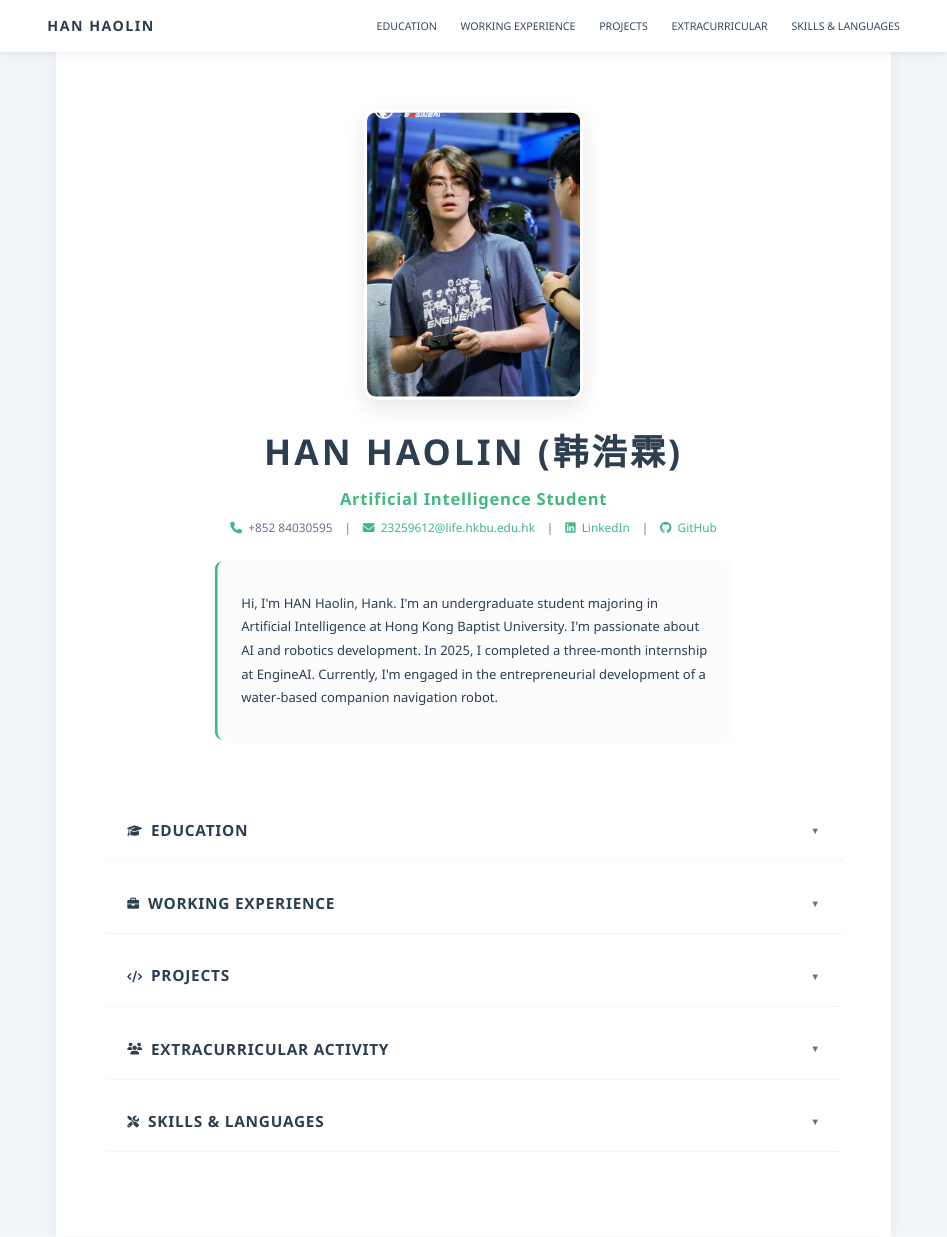
Repository: hhl2802149944-afk/hhl2802149944-afk.github.io
Page: /
An editor plug-in stored every save of this project. The page is shown before and after a run of saves, followed by the edit.
The browser window is 1280 px wide. The pictures show the whole page, at 74% of full size.
The project was rebuilt for these pictures with package versions that can differ from the ones it lists, and the page was loaded fresh each time. Also part of the build but not shown: vite.config.js, src/components/ProjectCard.vue.

Above is the page before, as saved 2026-01-19 15:50:30.

After the next 2 saves:
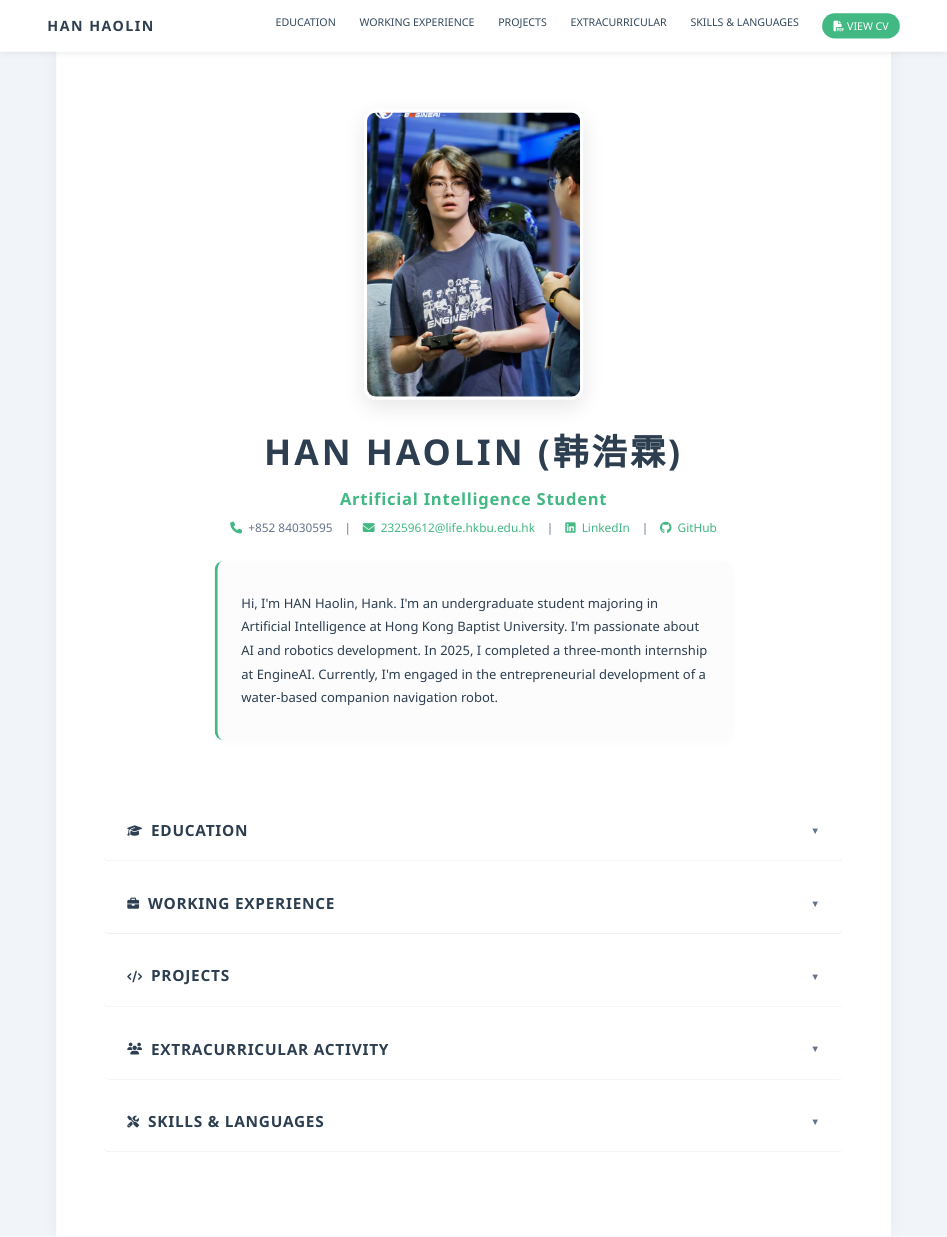
The 2 saves are shown as one change because they came seconds apart.
The last was saved 7 s later.
--- a/src/components/NavBar.vue
+++ b/src/components/NavBar.vue
@@ -32,6 +32,9 @@ const scrollToSection = (id) => {
              @click="scrollToSection(section.id)">
           {{ section.name }}
         </div>
+        <a href="/assets/HAN Haolin's CV.pdf" target="_blank" class="nav-item cv-button">
+          <i class="fas fa-file-pdf"></i> View CV
+        </a>
       </div>
 
       <div class="burger" @click="isMenuOpen = !isMenuOpen">
@@ -92,6 +95,20 @@ const scrollToSection = (id) => {
   color: var(--accent-color);
 }
 
+.cv-button {
+  background: var(--accent-color);
+  color: white !important;
+  padding: 5px 15px;
+  border-radius: 20px;
+  transition: transform 0.2s, background 0.2s;
+  text-decoration: none !important;
+}
+
+.cv-button:hover {
+  transform: translateY(-2px);
+  background: var(--secondary-color);
+}
+
 .burger {
   display: none;
   cursor: pointer;
